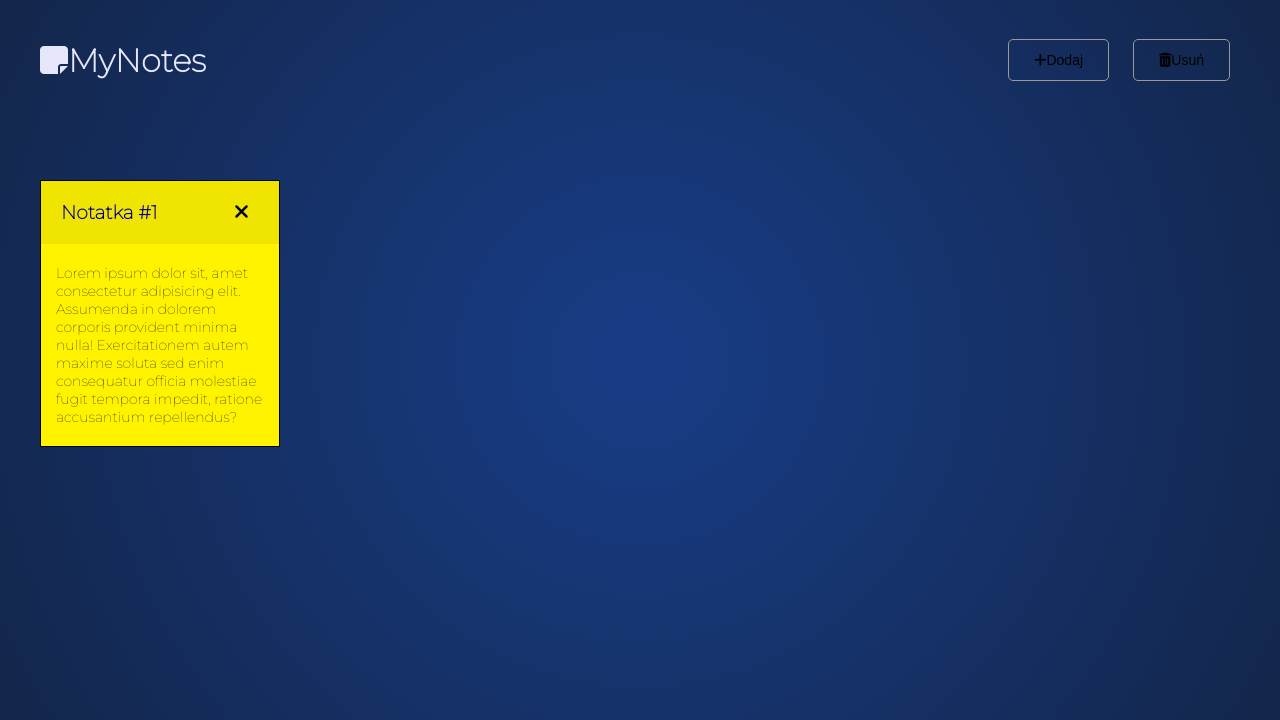
Repository: KrzysKolo/Projekt-7_Notes
Page: index.html
The author's editor kept a copy of each file at every save. The page is drawn from the files as they stood at one save, then again after the next save.
The browser window is 1280 px wide. The pictures show the whole page.
After loading, the first visible `button.add` was clicked once.
Some web libraries are served in a nearby version.

Above is the page before, as saved 2020-07-08 08:28:26.
Console error: TypeError: Cannot read properties of undefined (reading 'style')

### index.html
<!DOCTYPE html>
<html lang="en">
  <head>
    <meta charset="UTF-8" />
    <meta name="viewport" content="width=device-width, initial-scale=1.0" />
    <title>projekt 6 - My notes</title>
    <script
      src="https://kit.fontawesome.com/21efeaf281.js"
      crossorigin="anonymous"
    ></script>
    <link
      href="https://fonts.googleapis.com/css2?family=Montserrat:wght@100&display=swap"
      rel="stylesheet"
    />
    <link rel="stylesheet" href="/css/style.css" />
  </head>
  <body>
    <div class="menu">
      <h1><i class="fas fa-sticky-note"></i>MyNotes</h1>
      <div class="menu-buttons">
        <button class="add icon"><i class="fas fa-plus"></i>Dodaj</button>
        <button class="delete-all icon">
          <i class="fas fa-trash-alt"></i>Usuń
        </button>
      </div>
    </div>

    <div class="note-area">
      <div class="note">
        <div class="note-header">
          <h3 class="note-title">Notatka #1</h3>
          <button class="delete-note"><i class="fas fa-times icon"></i></button>
        </div>

        <div class="note-body">
          Lorem ipsum dolor sit, amet consectetur adipisicing elit. Assumenda in
          dolorem corporis provident minima nulla! Exercitationem autem maxime
          soluta sed enim consequatur officia molestiae fugit tempora impedit,
          ratione accusantium repellendus?
        </div>
      </div>
    </div>

    <div class="note-panel">
      <h2>Dodaj notatkę</h2>
      <label for="category">Wybierz kategorię: </label>
      <select id="category">
        <option value="0" disabled selected>- Wybierz kategorię -</option>
        <option value="1">Praca</option>
        <option value="2">Dom</option>
        <option value="3">Zakupy</option>
        <option value="4">Inne</option>
      </select>

      <label for="text">Wpisz treść notatki</label>
      <textarea id="text"></textarea>

      <p class="error">UzupeLnij wszystkie pola!</p>
      <div class="panel-buttons">
        <button class="save icon"><i class="fas fa-save">Zapisz</i></button>
        <button class="cancel icon">
          <i class="far fa-window-close"></i>Anuluj
        </button>
      </div>
    </div>
    <script src="./js/index.js"></script>
    <script>
      const mynotes = new MyNotes();
      mynotes.initializeMyNotes();
    </script>
  </body>
</html>

### css/style.css
* {
  box-sizing: border-box;
  padding: 0;
  margin: 0;
}
body {
  height: 100vh;
  font-family: "Montserrat", sans-serif;
  background-image: radial-gradient(
    circle,
    rgba(24, 60, 132, 1) 5%,
    rgba(19, 38, 75, 1) 100%
  );
  color: lavender;
}
.menu {
  display: flex;
  justify-content: space-between;
  align-items: center;
  padding: 40px;
  height: 120px;
}
.menu button,
.note-panel .save,
.note-panel .cancel {
  padding: 12px 25px;
  background: none;
  border: 1px solid #999;
  border-radius: 5px;
  font-size: 14px;
  cursor: pointer;
  transition: background-color 0.3s, color 0.3s;
}
.menu button:hover,
.note-panel .save:hover,
.note-panel .cancel:hover {
  background-color: navy;
  color: paleturquoise;
}
.icon {
  margin-right: 10px;
}
.add {
  margin-right: 20px;
}
.note-area {
  display: flex;
  /*align-items: start;*/
  flex-wrap: wrap;
  padding: 20px;
}
.note {
  margin: 40px 20px;
  width: 240px;
  background-color: rgb(255, 243, 0);
  color: darkblue;
  border: 1px solid black;
}
.note-header {
  display: flex;
  justify-content: space-between;
  align-items: center;
  padding: 20px;
  background-color: rgba(0, 0, 0, 0.06);
}
.note-header .delete-note {
  background: none;
  font-size: 20px;
  border: none;
  cursor: pointer;
}
.note-body {
  padding: 20px 15px;
  font-size: 14px;
  color: black;
}
.note-panel {
  display: none;
  justify-content: center;
  align-items: center;
  flex-direction: column;
  position: absolute;
  top: 50%;
  left: 50%;
  transform: translate(-50%, -50%);
  padding: 40px 0;
  width: 600px;
  background-color: #fff;
  box-shadow: 0 0 10px black;
  border-radius: 5px;
}
.note-panel h2 {
  margin-bottom: 20px;
  text-transform: uppercase;
}
.note-panel label {
  margin-bottom: 10px;
}
.note-panel #text,
.note-panel #category {
  margin-bottom: 20px;
  padding: 10px 20px;
  width: 100%;
  max-width: 90%;
  max-height: 600px;
  font-size: 16px;
  border-radius: 5px;
  border: 1px solid black;
}
.note-panel .error {
  margin-bottom: 20px;
  color: red;
  visibility: hidden;
}

### js/index.js
class MyNotes {
  constructor() {
    this.selectedValue;
    this.cardId = 0;

    this.UiSelectors = {
      add: ".add",
      deleteAll: ".delete-all",
      deleteNote: "delete-note",
      note: ".note",
      save: ".save",
      cancel: ".cancel",

      noteArea: ".note-area",
      notePanel: ".note-panel",
      category: "#category",
      textArea: "#text",
      error: ".error",
    };
  }
  initializeMyNotes() {
    this.addBtn = document.querySelector(this.UiSelectors.add);
    this.deleteAllBtn = document.querySelector(this.UiSelectors.deleteAll);
    this.saveBtn = document.querySelector(this.UiSelectors.save);
    this.cancelBtn = document.querySelector(this.UiSelectors.cancel);
    this.deleteNoteBtn = document.getElementsByClassName(
      this.UiSelectors.deleteNote
    );

    this.NoteArea = document.querySelector(this.UiSelectors.noteArea);
    this.NotePanel = document.querySelector(this.UiSelectors.notePanel);
    this.Category = document.querySelector(this.UiSelectors.category);
    this.TextArea = document.querySelector(this.UiSelectors.textArea);
    this.Error = document.querySelector(this.UiSelectors.error);
    console.log("berek");

    this.addEventListeners();
  }
  addEventListeners() {
    this.addBtn.addEventListener("click", () => this.openPanel());
  }

  openPanel() {
    this.notePanel.style.display = "flex";
  }
}

After the next save:
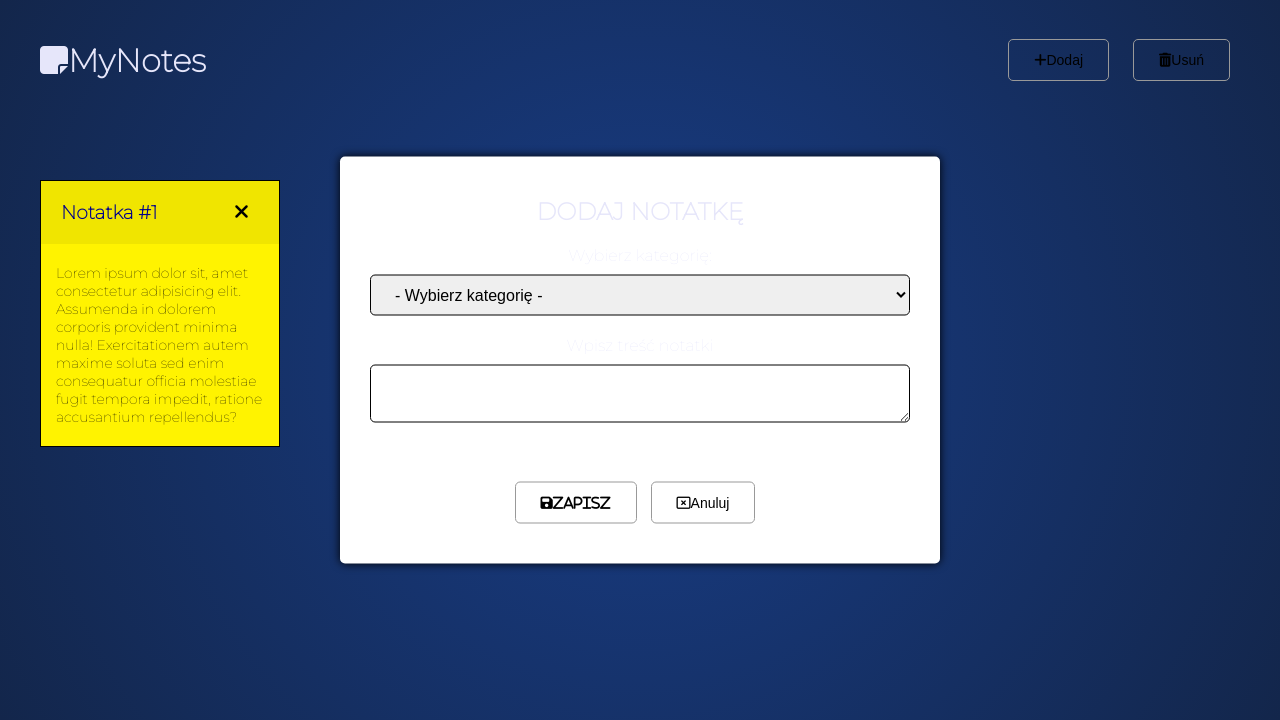
The error is gone.
Saved 56 s later.
--- a/js/index.js
+++ b/js/index.js
@@ -41,6 +41,6 @@ class MyNotes {
   }
 
   openPanel() {
-    this.notePanel.style.display = "flex";
+    this.NotePanel.style.display = "flex";
   }
 }
